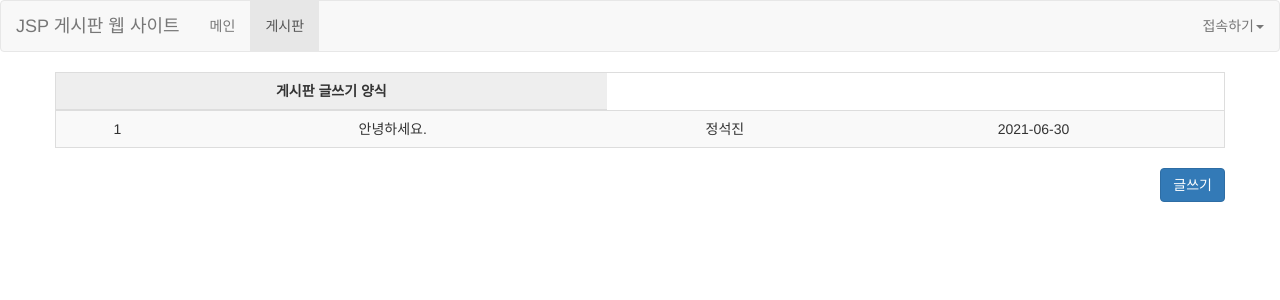
Repository: jsj961/bulletin-board-system
Page: http://localhost/BBS/write.jsp
The author's editor kept a copy of each file at every save. The page is drawn from the files as they stood at one save, then again after the next save.
The browser window is 1280 px wide. The pictures show the whole page.
Some web libraries are served in a nearby version. The page is served by Tomcat 9.

Above is the page before, as saved 2021-07-01 05:08:12.

After the next save:
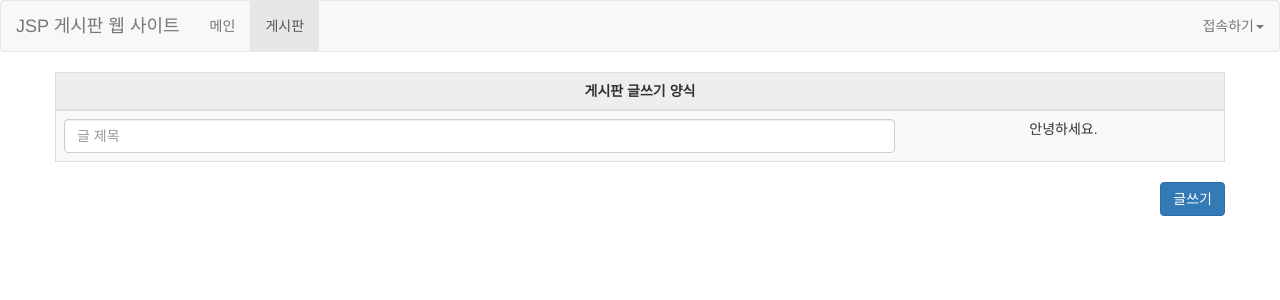
Saved 47 s later.
--- a/BBS/src/main/webapp/write.jsp
+++ b/BBS/src/main/webapp/write.jsp
@@ -74,10 +74,8 @@
 				</thead>
 				<tbody>
 					<tr>
-						<td>1</td>
+						<td><input type="text" class="form-control" placeholder="글 제목" name="bbsTitle" maxlength="50"></td>
 						<td>안녕하세요.</td>
-						<td>정석진</td>
-						<td>2021-06-30</td>
 					</tr>
 				</tbody>
 			</table>
